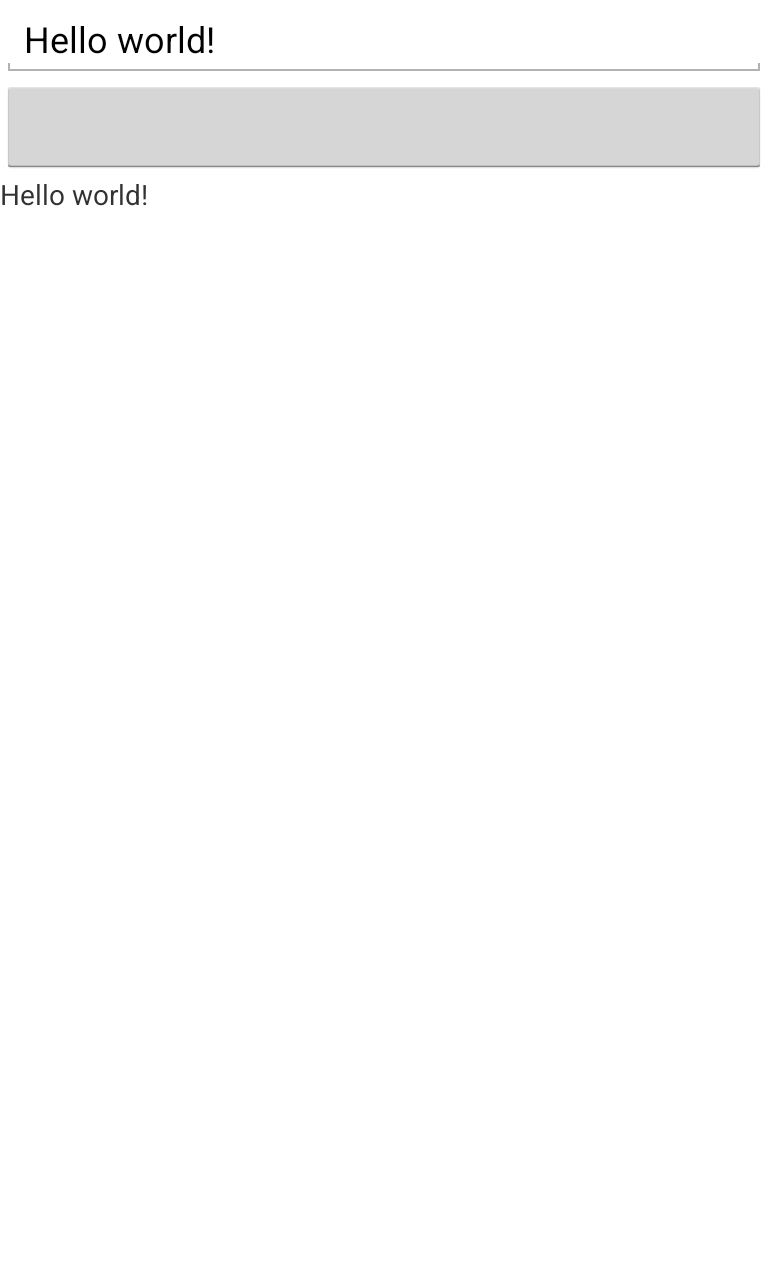
Repository: lafengmaker/androidlearn
Layout: Activity_03/res/layout/linearlayoutmain.xml
An editor plug-in stored every save of this project. The layout is shown before and after a run of saves, followed by the edit.
It is drawn on a 768 x 1280 px phone screen (xhdpi) without system bars, with theme AppTheme; the app's code is not run.

Above is the layout before, as saved 2013-09-23 13:29:30.

After the next 2 saves:
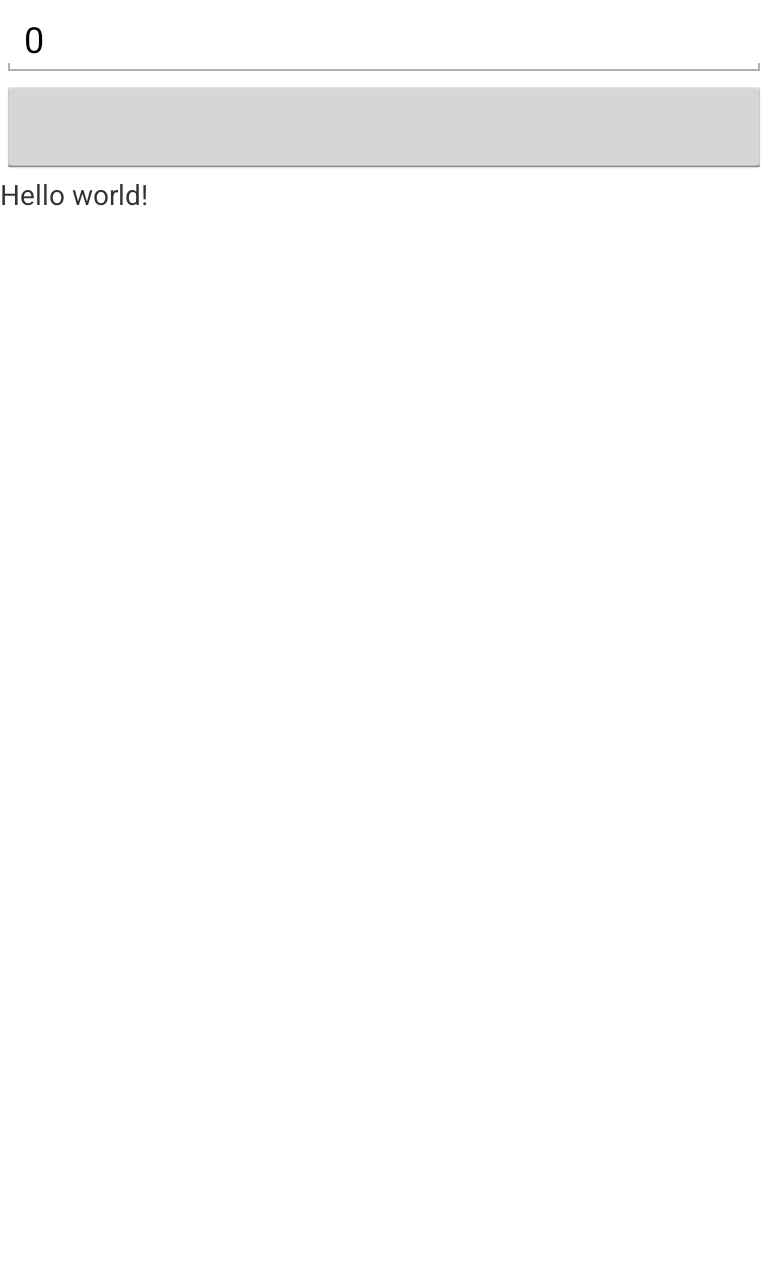
The 2 saves are shown as one change because they came seconds apart.
The last was saved 18 s later.
--- a/Activity_03/res/layout/linearlayoutmain.xml
+++ b/Activity_03/res/layout/linearlayoutmain.xml
@@ -8,7 +8,7 @@
         android:id="@+id/param1"
         android:layout_width="fill_parent"
         android:layout_height="wrap_content"
-        android:text="@string/hello_world" />
+        android:text="0" />
 	<Button
 	    android:id="@+id/myButton"
 	    android:layout_width="fill_parent"
